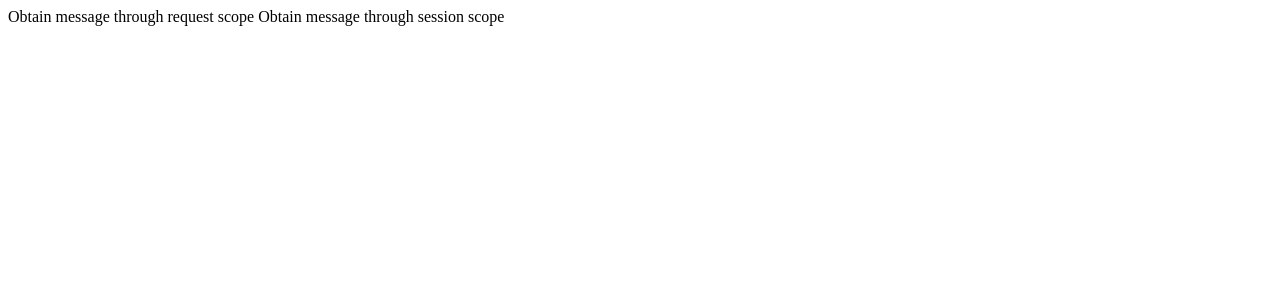
Repository: somakbha/CodeBackUP
Page: http://localhost/SendRedirect/success.jsp
An editor plug-in stored every save of this project. The page is shown before and after the next save, followed by the edit.
The browser window is 1280 px wide. The pictures show the whole page.
The page is served by Tomcat 9.

Above is the page before, as saved 2019-06-05 04:11:44.

### J2EE-Practice/SendRedirect/WebContent/success.jsp
<%@ page language="java" contentType="text/html; charset=UTF-8"
    pageEncoding="UTF-8"%>
<!DOCTYPE html PUBLIC "-//W3C//DTD HTML 4.01 Transitional//EN" "http://www.w3.org/TR/html4/loose.dtd">
<html>
<head>
<meta http-equiv="Content-Type" content="text/html; charset=UTF-8">
<title>Insert title here</title>
</head>
<body>
Obtain message through request scope
<% request.getAttribute("msg"); %>

Obtain message through session scope

<% session.getAttribute("msg"); %>
</body>
</html>

After the next save:
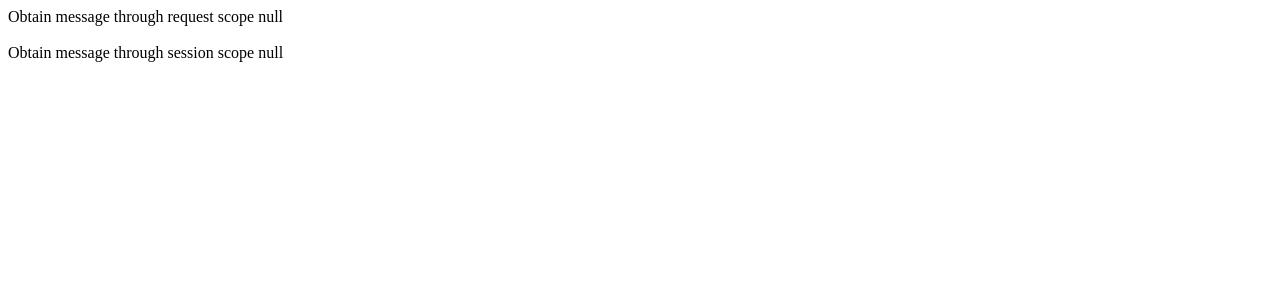
Saved 6 min 10 s later.
--- a/J2EE-Practice/SendRedirect/WebContent/success.jsp
+++ b/J2EE-Practice/SendRedirect/WebContent/success.jsp
@@ -8,10 +8,10 @@
 </head>
 <body>
 Obtain message through request scope
-<% request.getAttribute("msg"); %>
-
+<% out.println(request.getAttribute("msg")); %>
+<br></br>
 Obtain message through session scope
 
-<% session.getAttribute("msg"); %>
+<% out.println(session.getAttribute("msg")); %>
 </body>
 </html>
